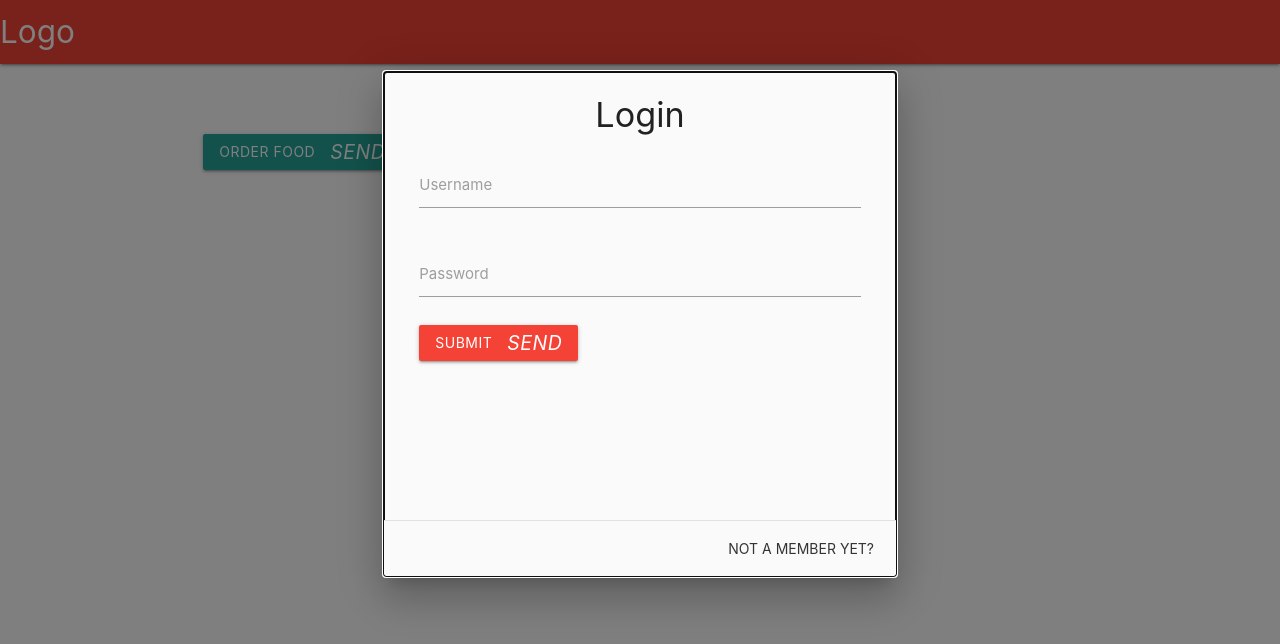
Repository: Madhav-77/Deli-Food
Page: http://localhost/menu.php
These files come from the project's save history. The page is drawn as it stood at one moment and after the next save; the edit follows.
The browser window is 1280 px wide. The pictures show the whole page.
After loading, the first visible `#order` was clicked once.
Some web libraries are served in a nearby version. The page is run by PHP 8.4 with error messages shown; the project is at /var/www/html/. Queries for data that is not in the repository find no rows.

Above is the page before, as saved 2019-11-26 13:35:09.

After the next save:
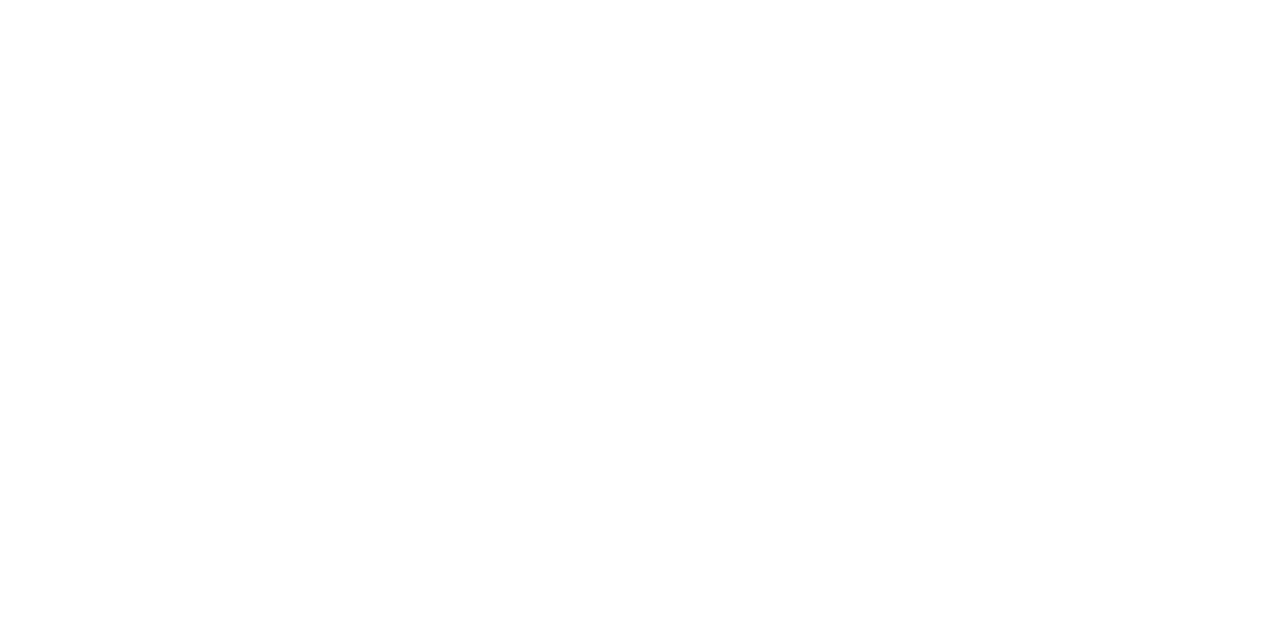
Console error: TypeError: Cannot read properties of null (reading 'M_Modal')
Saved 2 min 14 s later.
--- a/menu.php
+++ b/menu.php
@@ -287,8 +287,17 @@
     var i;
 for(i=0; i<test.length; i++){
     //$('#place').html("<tbody><tr><td>"+test[i].name+"</td><td>"+test[i].price+"</td><td>"+test[i].count+"</td><td>"+test[i].total+"</td></tr></tbody>");
-    $('#place').html("<tr><td>"+test[i].name+"</td><td>"+test[i].price+"</td><td>"+test[i].count+"</td><td>"+test[i].total+"</td></tr>").appendTo($('#place'));
+    //$('#place').html("<tr><td>"+test[i].name+"</td><td>"+test[i].price+"</td><td>"+test[i].count+"</td><td>"+test[i].total+"</td></tr>").appendTo($('#place'));
+    html+="<tr>";
+    html+="<td>"+test[i].name+"</td>";
+    html+="<td>"+test[i].price+"</td>";
+    html+="<td>"+test[i].count+"</td>";
+    html+="<td>"+test[i].total+"</td>";
+
+    html+="</tr>";
 }
+html+="</tbody>";
+$("div").html(html);
 });
 
 /* var $order = $(this).parent('.breadcrums').parent('.card-action').siblings('.card-content');

After the save that followed:
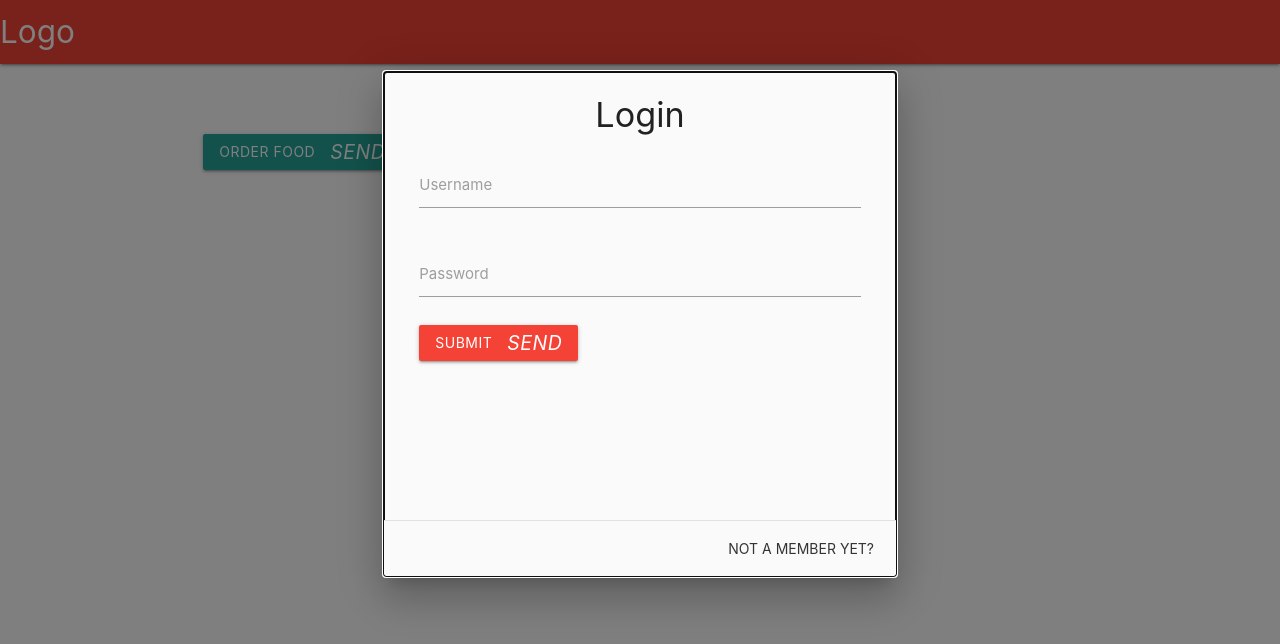
The error is gone.
Saved 15 s later.
--- a/menu.php
+++ b/menu.php
@@ -297,7 +297,7 @@
     html+="</tr>";
 }
 html+="</tbody>";
-$("div").html(html);
+$("#place").html(html);
 });
 
 /* var $order = $(this).parent('.breadcrums').parent('.card-action').siblings('.card-content');
